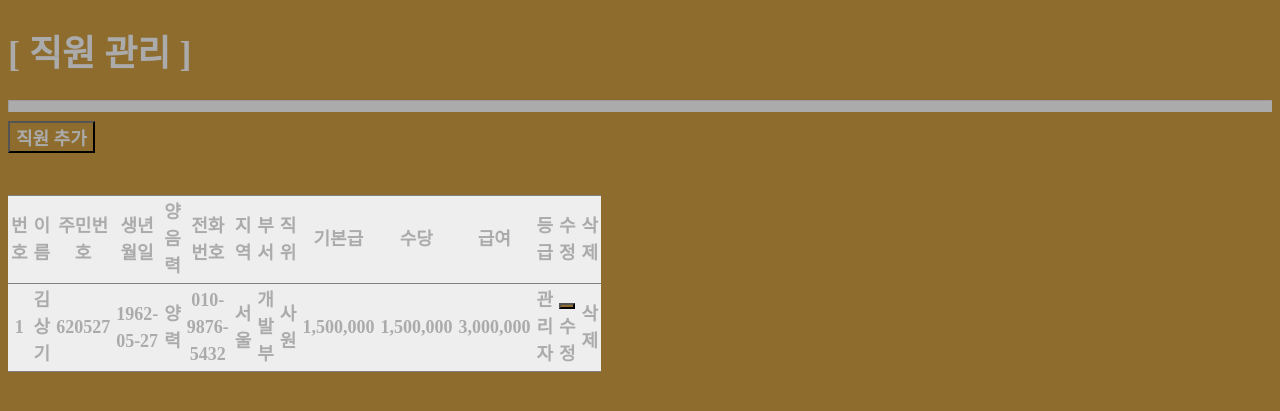
Repository: Umkimisstrong/UM_SpringMVCStudy
Page: http://localhost/mvc04/EmployeeList.jsp
These files come from the project's save history. The page is drawn as it stood at one moment and after the next save; the edit follows.
The browser window is 1280 px wide. The pictures show the whole page.
The page is served by Tomcat 9.

Above is the page before, as saved 2022-05-27 01:33:00.

After the next save:
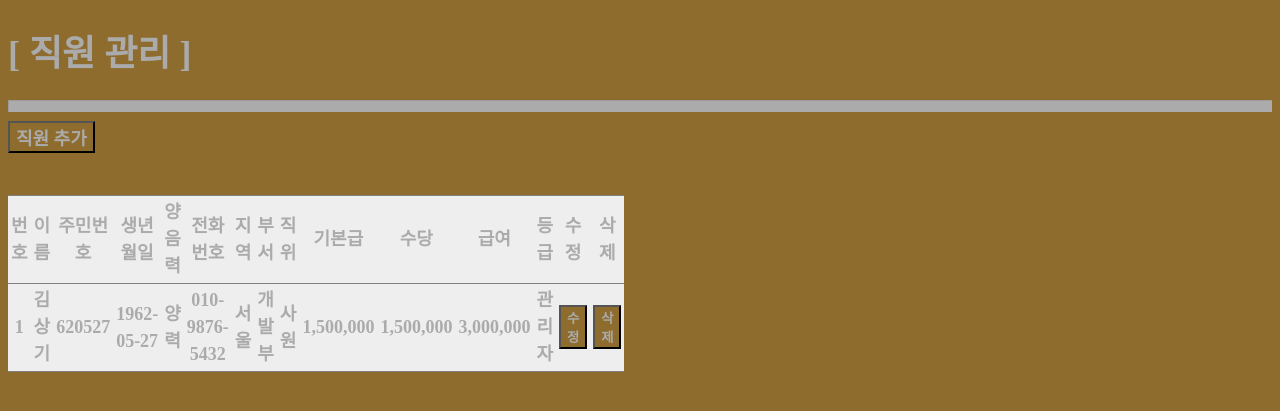
Saved 9 s later.
--- a/mvc04/WebContent/EmployeeList.jsp
+++ b/mvc04/WebContent/EmployeeList.jsp
@@ -77,8 +77,8 @@
 			<th>1,500,000</th>
 			<th>3,000,000</th>
 			<th>관리자</th>
-			<th><button type="button" class="btn"> </button>수정</th>
-			<th>삭제</th>
+			<th><button type="button" class="btn">수정</button></th>
+			<th><button type="button" class="btn">삭제</button></th>
 		</tr>
 
 
